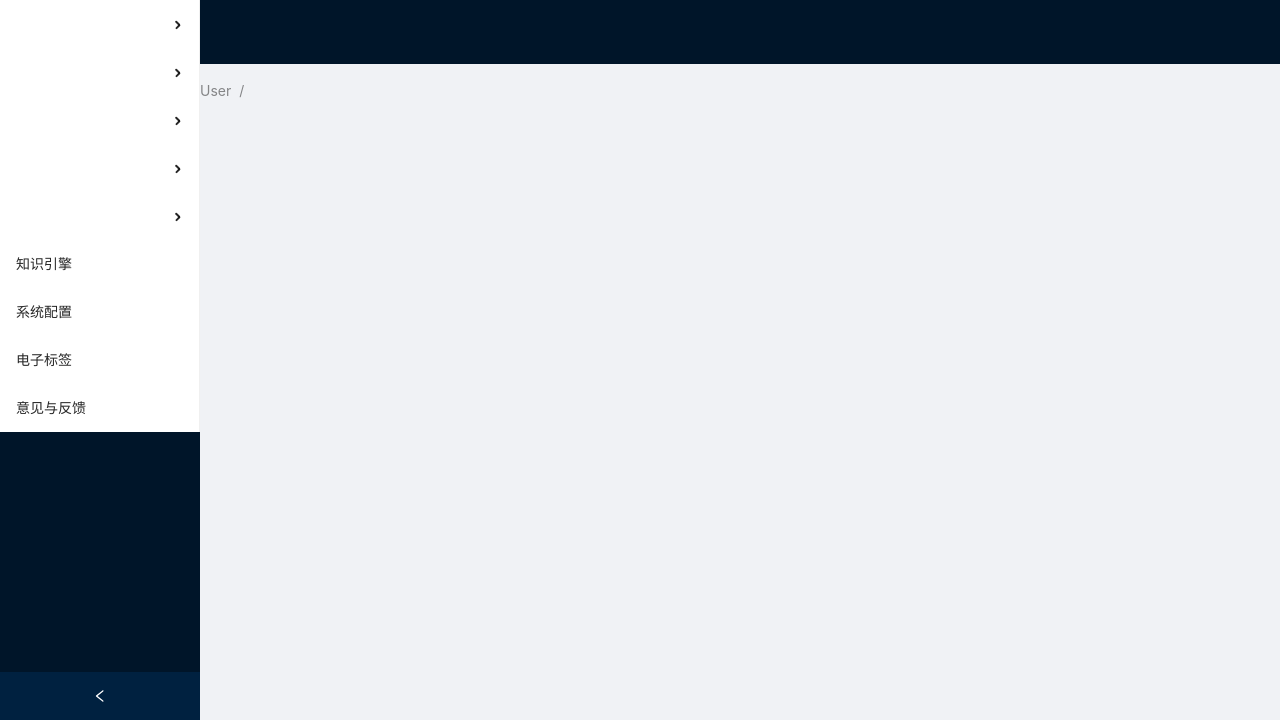
Repository: Vsran/management
Page: /
These files come from the project's save history. The page is drawn as it stood at one moment and after the next save; the edit follows.
The browser window is 1280 px wide. The pictures show the whole page.
The project was rebuilt for these pictures with package versions that can differ from the ones it lists, and the page was loaded fresh each time. Also part of the build but not shown: src/routeWithSubRoutes.js.

Above is the page before, as saved 2021-01-19 17:33:20.

### src/index.js
import React from "react";
import ReactDOM from "react-dom";
//import { Provider } from "react-redux";
//import { store } from "./redux/store";
//import "./index.css";
import reportWebVitals from "./reportWebVitals";
import App from "./App";

console.dir('App', App);

//import SiderDemo from './pages/layout';
//import 'antd/dist/antd.css';
//ReactDOM.render(
//  <Provider store={store}>
//    <React.StrictMode>
//      <App />
//    </React.StrictMode>
//  </Provider>,
//  document.getElementById("root")
//);

//ReactDOM.render(
//  <SiderDemo/>,
//  document.getElementById("root")
//);

ReactDOM.render(
  <App/>,
  document.getElementById('root')
);

// If you want to start measuring performance in your app, pass a function
// to log results (for example: reportWebVitals(console.log))
// or send to an analytics endpoint. Learn more: https://bit.ly/CRA-vitals
reportWebVitals();

### src/App.js
import { BrowserRouter as Router, Switch } from "react-router-dom";
import routes from "./router";
import 'antd/dist/antd.css';
import RouteWithSubRoutes from "./routeWithSubRoutes";
import SideBar from "./components/sidebar";
import { Layout, Breadcrumb } from "antd";
const { Header, Content, Footer, Sider } = Layout;

export default function RouteConfig() {
  return (
    <Router>
      <Layout style={{ minHeight: "100vh" }}>
        <SideBar />
        <Layout>
          <Header className='site-layout-background' style={{ padding: 0 }} />
          <Content>
            <Breadcrumb style={{ margin: "16px 0" }}>
              <Breadcrumb.Item>User</Breadcrumb.Item>
              <Breadcrumb.Item>
                {" "}
                <Switch>
                  {routes.map((route, i) => (
                    <RouteWithSubRoutes key={i} {...route} />
                  ))}
                </Switch>
              </Breadcrumb.Item>
            </Breadcrumb>
          </Content>
        </Layout>
      </Layout>
    </Router>
  );
}

### src/router.js
import React from "react";

const routes = [
  {
    path: '/production',
    component: () => <div>生产管理</div>,
    routes: [
      {
        path: '/production/planning',
        component: () => <div>计划工单</div>
      },
      {
        path: '/production/task',
        component: () => <div>生产任务</div>
      },
      {
        path: '/production/panel',
        component: () => <div>生产看板</div>
      },
      {
        path: '/production/sheet',
        component: () => <div>生产报表</div>
      },
      {
        path: '/production/order',
        component: () => <div>销售订单</div>
      },
      {
        path: 'production/history',
        component: () => <div>追溯</div>
      }
    ]
  },
  {
    path: '/material',
    component: () => <div>物料管理</div>,
    routes: [
      {
        path: '/material/request',
        component: () => <div>物料请求</div>
      },
      {
        path: '/material/task',
        component: () => <div>备料任务</div>
      },
      {
        path: '/material/account',
        component: () => <div>现有量查询</div>
      },
      {
        path: '/material/record',
        component: () => <div>记录查询</div>
      },
      {
        path: '/material/panel',
        component: () => <div>物料看板</div>
      },
      {
        path: '/material/sheet',
        component: () => <div>物料报表</div>
      }
    ]
  },
  {
    path: '/quality',
    component: () => <div>质量管理</div>,
    routes: [
      {
        path: '/quality/task',
        component: () => <div>质检任务</div>
      },
      {
        path: '/quality/panel',
        component: () => <div>质检看板</div>
      },
      {
        path: '/quality/sheet',
        component: () => <div>质检报表</div>
      }
    ]
  },
  {
    path: '/distribution',
    component: () => <div>物流管理</div>,
    routes: [
      {
        path: '/distribution/search',
        component: <div>物流查询</div>
      },
      {
        path: '/distribution/record',
        component: <div>记录查询</div>
      }
    ]
  },
  {
    path: '/equipment',
    component: () => <div>设备维护</div>,
    routes: [
      {
        path: '/equipment/state',
        component: () => <div>设备实况</div>
      },
      {
        path: '/equipment/task',
        component: () => <div>维护任务</div>
      },
      {
        path: '/equipment/request',
        component: () => <div>维护请求</div>
      },
      {
        path: '/equipment/management',
        component: () => <div>设备管理</div>
      },
      {
        path: '/equipment/panel',
        component: () => <div>设备看板</div>
      },
      {
        path: '/equipment/sheet',
        component: () => <div>设备报表</div>
      }
    ]
  },
  {
    path: '/engine',
    component: () => <div>知识引擎</div>
  },
  {
    path: '/setting',
    component: () => <div>系统配置</div>
  },
  {
    path: '/esign',
    component: () => <div>电子标签</div>
  },
  {
    path: '/feedback',
    component: () => <div>意见与反馈</div>
  }
];

export default routes;

### src/components/sidebar/index.js
import React from "react";
import { Link } from "react-router-dom";
import { Layout, Menu } from "antd";

const { Sider } = Layout;
const { SubMenu } = Menu;
const menu = [
  {
    name: "生产管理",
    link: "/production",
    children: [
      { name: "生产管理", link: "/production/management" },
      { name: "生产任务", link: "/production/task" },
      { name: "生产看板", link: "/production/panel" },
      { name: "生产报表", link: "/production/sheet" },
      { name: "销售订单", link: "/production/order" },
      { name: "追溯", link: "/production/history" },
    ],
  },
  {
    name: "物料管理",
    link: "/material",
    children: [
      { name: "物料请求", link: "/material/request" },
      { name: "备料任务", link: "/material/task" },
      { name: "现有量查询", link: "/material/account" },
      { name: "记录查询", link: "/material/record" },
      { name: "物料看板", link: "/material/panel" },
      { name: "物料报表", link: "/material/sheet" },
    ],
  },
  {
    name: "质量管理",
    link: "/quality",
    children: [
      { name: "质检任务", link: "/quality/task" },
      { name: "质检看板", link: "/quality/task" },
      { name: "质检报表", link: "/quality/sheet" },
    ],
  },
  {
    name: "物流管理",
    link: "/distribution",
    children: [
      { name: "物流查询", link: "/distribution/search" },
      { name: "记录查询", link: "/distribution/record" },
    ],
  },
  {
    name: "设备维护",
    link: "/equipment",
    children: [
      { name: "设备实况", link: "/equipment/account" },
      { name: "维护任务", link: "/equipment/task" },
      { name: "维护请求", link: "/equipment/request" },
      { name: "设备管理", link: "/equipment/management" },
      { name: "设备看板", link: "/equipment/panel" },
      { name: "设备报表", link: "/equipment/sheet" },
    ],
  },
  {
    name: "知识引擎",
    link: "/engine",
  },
  {
    name: "系统配置",
    link: "/setting",
  },
  {
    name: "电子标签",
    link: "/esign",
  },
  {
    name: "意见与反馈",
    link: "/feedback",
  },
];

export default class SideBar extends React.Component {
  state = {
    collapsed: false,
  };

  onCollapse = (collapsed) => {
    console.log(collapsed);
    this.setState({ collapsed });
  };
  render() {
    const { collapsed } = this.state;
    return (
      <Sider collapsible collapsed={collapsed} onCollapse={this.onCollapse}>
        <div className='logo' />
        <Menu>
          {menu.map((outerItem, index) => {
            if (!outerItem.children) {
              return <SubMenuWithLink {...outerItem} key={index} />;
            } else {
              return (
                <SubMenu key={`sub${index}`}>
                  {outerItem.children.map((innerItem, i) => (
                    <SubMenuWithLink {...innerItem} key={i} />
                  ))}
                </SubMenu>
              );
            }
          })}
        </Menu>
      </Sider>
    );
  }
}
console.log(SideBar);

function SubMenuWithLink({ ...props }) {
  let { name, link, key } = props;
  console.log(name, link, key);
  return (
    <Menu.Item key={key}>
      <Link to={link}>{name}</Link>
    </Menu.Item>
  );
}

Loaded but not shown: public/index.html (common file); src/reportWebVitals.js (common file)

After the next save:
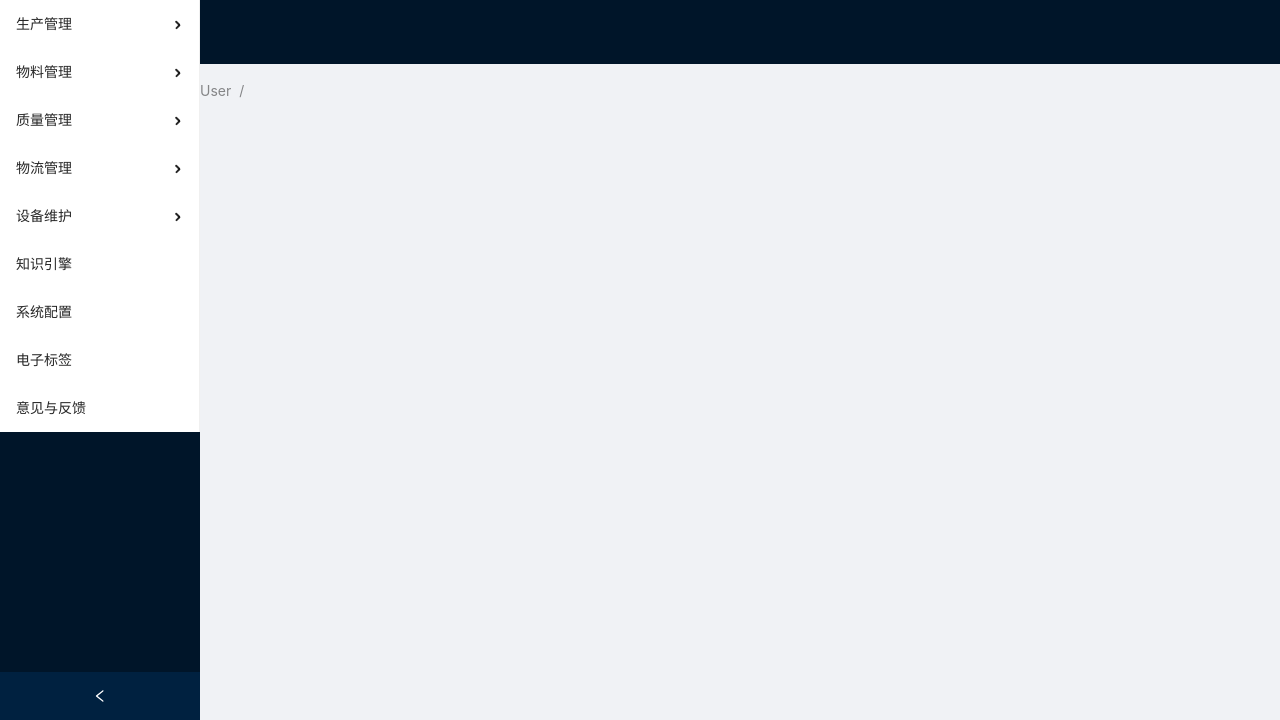
Saved 22 s later.
--- a/src/components/sidebar/index.js
+++ b/src/components/sidebar/index.js
@@ -96,7 +96,7 @@ export default class SideBar extends React.Component {
               return <SubMenuWithLink {...outerItem} key={index} />;
             } else {
               return (
-                <SubMenu key={`sub${index}`}>
+                <SubMenu key={`sub${index}`} title={outerItem.name}>
                   {outerItem.children.map((innerItem, i) => (
                     <SubMenuWithLink {...innerItem} key={i} />
                   ))}
